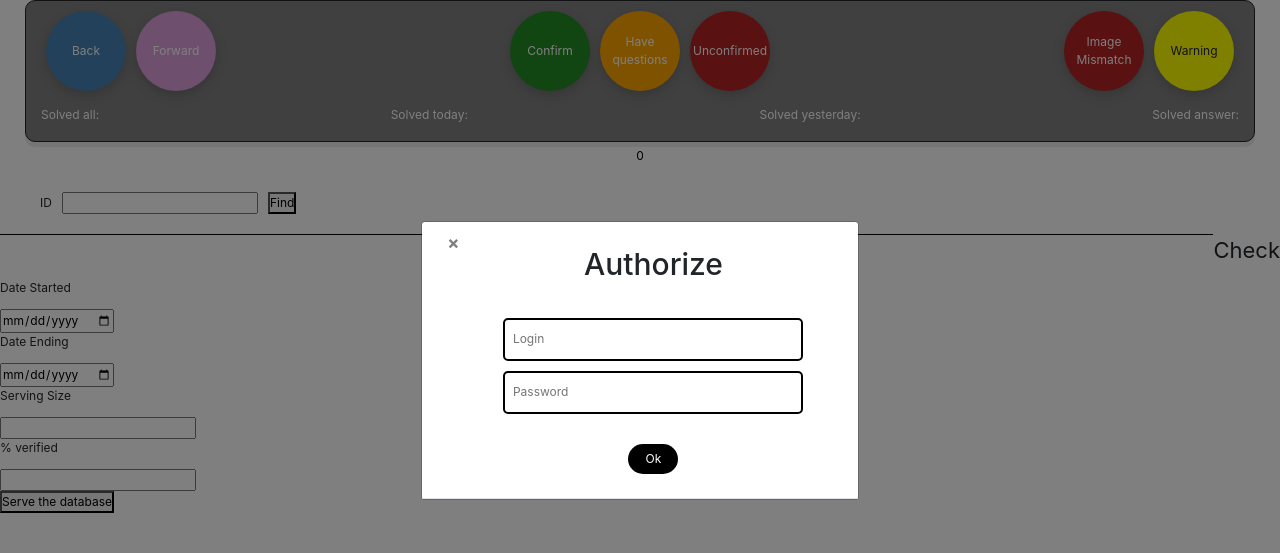
Repository: dmitryglitch/Product-Comparison
Page: /
These files come from the project's save history. The page is drawn as it stood at one moment and after the next save; the edit follows.
The browser window is 1280 px wide. The pictures show the whole page.
The page's requests for data from a server got no answer. The project was rebuilt for these pictures with package versions that can differ from the ones it lists, and the page was loaded fresh each time. No one was signed in, and anything a server would have sent is missing. Also part of the build but not shown: src/containers/App.css, src/components/Product/ProductOptions.jsx, src/components/Product/ProductImages.jsx, src/components/Product/ProductSpec.jsx, src/components/Product/Product.jsx.

Above is the page before, as saved 2020-02-17 20:43:37.

### src/index.js
import React from 'react';
import ReactDOM from 'react-dom';
import './index.css';
import App from './containers/App';
import * as serviceWorker from './serviceWorker';
import 'bootstrap/dist/css/bootstrap.min.css';
import $ from 'jquery';
import Popper from 'popper.js';
import 'bootstrap/dist/js/bootstrap.bundle.min';

import {createStore, applyMiddleware} from 'redux'
import {composeWithDevTools} from 'redux-devtools-extension';
import thunk from 'redux-thunk'

import reducer from './reducers'
import {Provider} from 'react-redux'

const store = createStore(reducer, composeWithDevTools(applyMiddleware(thunk)));

const rootElement = document.getElementById('root');
ReactDOM.render(
    <Provider store={store}>
        <App/>
    </Provider>,
    rootElement
);

// If you want your app to work offline and load faster, you can change
// unregister() to register() below. Note this comes with some pitfalls.
// Learn more about service workers: https://bit.ly/CRA-PWA
serviceWorker.unregister();

### src/index.css
html {
  height: 100vh;
  width: 100vw;
  font-size: 12px;
}

*,
body {
  margin: 0;
  padding: 0;
  font-family: -apple-system, BlinkMacSystemFont, "Segoe UI", "Roboto", "Oxygen",
    "Ubuntu", "Cantarell", "Fira Sans", "Droid Sans", "Helvetica Neue",
    sans-serif;
  -webkit-font-smoothing: antialiased;
  -moz-osx-font-smoothing: grayscale;
}

.root {
  display: grid;
  width: 100%;
}

code {
  font-family: source-code-pro, Menlo, Monaco, Consolas, "Courier New",
    monospace;
}

.product-container {
  width: 100%;
  height: 100%;
  display: flex;
  justify-content: center;
  flex-direction: row;
}

.product-container-item {
  width: 50%;
  padding: 20px;
  margin: 25px;

  box-shadow: 0 5px 0 #ebebeb;
  display: flex;
  align-items: center;
  flex-direction: column;

  border: 1px solid;
  border-radius: 10px;
}

.product-container-item-name {
  width: 95%;
  height: fit-content;
  padding: 10px;

  display: flex;
  justify-content: center;
  align-items: center;
  text-align: center;
  flex-direction: column;
  box-shadow: 0 5px 0 #ebebeb;

  background-color: linen;
  border-radius: 10px;
}

/* OPTIONS */
.options-container-head {
  display: flex;
  justify-content: space-between;
  text-align: center;

  margin: 10px;
}

.options-container-head h4 {
  width: 50%;
}

.options-container {
  width: 95%;
  padding: 10px;

  display: flex;
  flex-direction: column;

  margin-top: 25px;
  background-color: aliceblue;
  border-radius: 10px;
  box-shadow: 0 5px 0 #ebebeb;
}

.options-item {
  display: flex;
  margin: 15px;
}

.options-item-name {
  width: 50%;
}

.options-item-value {
  width: 50%;
}

.options-name {
  font-weight: bold;
}

/* SPECS */
.specs-container-head {
  display: flex;
  justify-content: space-between;
  text-align: center;

  padding: 10px;
}

.specs-container-head h4 {
  width: 50%;
}

.specs-container {
  width: 95%;
  padding: 10px;

  display: flex;
  flex-direction: column;
  margin-top: 25px;

  box-shadow: 0 5px 0 #ebebeb;
  border-radius: 10px;
  background-color: lavenderblush;
}

.specs-item {
  display: flex;
  margin: 15px;
}

.specs-item-name {
  width: 50%;
}

.specs-item-value {
  width: 50%;
}

.specs-name {
  font-weight: bold;
}

.specs-notation {
  cursor: pointer;
  margin: 5px;
  text-align: center;
}

.product-container-item-name p {
  font-size: 12px;
}

.image-gallery.image-gallery-using-mouse {
  width: 100%;
}

.image-gallery-slide-wrapper.bottom {
  width: 400px;
  height: fit-content;
}

.image-gallery-content.bottom {
  position: relative;
  line-height: 0;
  top: 0;
  display: flex;
  flex-direction: column;
  align-items: center;
}

.image-gallery-thumbnails-container {
  display: flex;
  flex-wrap: wrap;
}

.image-gallery-thumbnail {
  width: 70px !important;
  height: 70px;
}

.line {
  width: 100%;
  height: 1px;
  background-color: black;
}

.image-gallery-container {
  margin: 25px;
}

.image-gallery.image-gallery-using-mouse {
  display: flex;
  justify-content: center;
  align-items: center;
}

.image-gallery-content.bottom.fullscreen {
  width: 50%;
}

.image-gallery-slide-wrapper.bottom {
  width: 100%;
}

/*BUTTON-BAR*/
.button-bar-content {
  display: flex;
  flex-direction: column;
  justify-content: space-between;
  padding: 5px 15px 5px 15px;
  margin: 0 25px 5px 25px;
  border: 1px solid;
  border-radius: 10px;
  background-color: gray;
  box-shadow: 0 5px 0 #ebebeb;
}

.button-bar-content-top {
  display: flex;
  justify-content: space-between;
}

.button-bar-content-center-bt {
  display: flex;
}

.button-bar-content-center button {
  margin: 5px;
}

.button-bar-info-content {
  text-align: center;
  color: black;
}

.button-bar-content-left button {
  width: 80px;
  height: 80px;
  margin: 5px;
  border-radius: 100px;
  cursor: pointer;
  box-shadow: 0px 4px 12px rgba(0, 0, 0, 0.17);
  border: 0;
  color: #fff;
}

.btn-back {
  background-color: steelblue;
}

.btn-forward {
  background-color: plum;
}

.btn-confirm {
  width: 80px;
  height: 80px;
  border-radius: 100px;
  background-color: forestgreen;
  cursor: pointer;
  box-shadow: 0px 4px 12px rgba(0, 0, 0, 0.17);
  border: 0;
  color: #fff;
}

.btn-questions {
  width: 80px;
  height: 80px;
  border-radius: 100px;
  background-color: orange;
  cursor: pointer;
  box-shadow: 0px 4px 12px rgba(0, 0, 0, 0.17);
  border: 0;
  color: #fff;
}

.btn-unconfirmed {
  width: 80px;
  height: 80px;
  border-radius: 100px;
  background-color: firebrick;
  cursor: pointer;
  box-shadow: 0px 4px 12px rgba(0, 0, 0, 0.17);
  border: 0;
  color: #fff;
}

.btn-warning {
  width: 80px;
  height: 80px;
  border-radius: 100px;
  background-color: yellow !important;
  cursor: pointer;
  box-shadow: 0px 4px 12px rgba(0, 0, 0, 0.17);
  border: 0;
  color: #000;
}

.btn-mismatch {
  width: 80px;
  height: 80px;
  border-radius: 100px;
  background-color: firebrick;
  cursor: pointer;
  box-shadow: 0px 4px 12px rgba(0, 0, 0, 0.17);
  border: 0;
  color: #fff;
}

.button-modal-auth {
  display: none;
}

.button-bar-content-right {
  display: flex;
}

.button-bar-content-right button {
  margin: 5px;
}

/*.button-bar-contaner {*/
/*    width: 100%;*/
/*    position: absolute;*/
/*    bottom: 0;*/
/*}*/

.logout {
  display: flex;
  justify-content: flex-end;
  align-items: center;
  padding: 10px;
}

.modal-body.modal-auth-body {
  text-align: center;
  justify-content: center;
  align-items: center;
  flex-direction: column;
  height: fit-content;
  width: 100%;
}

.auth-button {
  width: 50px;
}

.modal-body-input-form {
  display: flex;
  flex-direction: column;
  padding: 30px;
}

.modal-body-input-form input {
  width: 300px;
}

.modal-body-input-login {
  margin-bottom: 10px;
  border: 2px double;
  border-radius: 5px;
  padding: 10.5px 8px;
}

.modal-body-input-password {
  border: 2px double;
  border-radius: 5px;
  padding: 10.5px 8px;
}

.modal-auth {
  display: flex !important;
  width: 100%;
  height: 100%;
  justify-content: center;
  align-items: center;
}

.modal-auth-dialog {
  width: 500px;
}

.logout-user-name {
  margin-right: 10px;
}

.modal-header .close {
  padding: 5px;
  width: 40px;
  height: 40px;
}

.modal-body-input-form {
  display: flex;
  flex-direction: column;
  padding: 30px;
}

.modal-body-button-form button {
  width: 50px;
  background-color: #000;
  border: 0 solid transparent;
  cursor: pointer !important;
  color: #fff;
  border-radius: 100px;
  outline: none;
  height: 30px;
}

/*STATISTIC*/
.statistic-container {
  display: flex;
  justify-content: space-between;
  align-items: center;
  margin-top: 10px;
  color: #fff;
}

/* SEARCH */
.search-content {
  padding: 5px 15px 5px 15px;
  margin: 0 25px 5px 25px;
}

.search-content input {
  margin: 10px;
}

/* REVIEW */
.review-container {
  display: flex;
  flex-direction: column;
}

.review-content-head {
  display: flex;
  font-size: 22px;
  justify-content: center;
}

/* INPUTS */

### src/reducers/index.js
import { combineReducers } from 'redux';
import product from './product';
import user from './user'

export default combineReducers({
    product,
    user
})

### src/components/ButtonBar/ButtonBar.jsx
import React from 'react'


const ButtonBar = ({
                       idCurrentCoupleProduct,
                       sendAnswerCoupleProduct,
                       getBackCoupleProducts,
                       getForwardCoupleProducts,
                       dateCoupleProducts,
                       answerUser,
                       statistics
                   }) => {

    const handleClick = (answer) => {
        sendAnswerCoupleProduct(idCurrentCoupleProduct, answer);
    };

    const handleClickOnBackButton = () => {
        getBackCoupleProducts(dateCoupleProducts)
    };

    const handleClickOnForwardButton = () => {
        getForwardCoupleProducts(dateCoupleProducts)
    };

    return (
        <>
            <div className="button-bar-content">
                <div className="button-bar-content-top">
                    <div className="button-bar-content-left">
                        <button className="btn-back" onClick={handleClickOnBackButton}>Back</button>
                        <button className="btn-forward" onClick={handleClickOnForwardButton}>Forward</button>
                    </div>
                    <div className="button-bar-content-center">
                        <div className="button-bar-content-center-bt">
                            <button className="btn-confirm" onClick={() => handleClick('confirm')}>Confirm</button>
                            <button className="btn-questions" onClick={() => handleClick('questions')}>Have questions
                            </button>
                            <button className="btn-unconfirmed" onClick={() => handleClick('unconfirmed')}>Unconfirmed
                            </button>
                        </div>
                    </div>
                    <div className="button-bar-content-right">
                        <button className="btn-mismatch" onClick={() => handleClick('unconfirmed_image')}>Image
                            Mismatch
                        </button>
                        <button className="btn-warning" onClick={() => handleClick('warning')}>Warning</button>
                    </div>
                </div>
                <div className="button-bar-content-down">
                    <div className="statistic-container">
                        <p>Solved all: {statistics.all}</p>
                        <p>Solved today: {statistics.today}</p>
                        <p>Solved yesterday: {statistics.yesterday}</p>
                        <p>Solved answer: {answerUser}</p>

                    </div>
                </div>
            </div>
            <div className="button-bar-info">
                <div className="button-bar-info-content">
                    <p>{idCurrentCoupleProduct}</p>
                </div>
            </div>
        </>
    )
};

export default ButtonBar;

### src/components/ModalAuth/ModalAuth.js
import React from "react";

class ModalAuth extends React.Component {
    state = {
        login: "",
        password: ""
    };

    authUser = () => {
        let {login, password} = this.state;
        this.props.onSendLoginUser(login, password);
    };

    handleChange = e => {
        let classNameInput = e.target.className;
        let valueInput = e.target.value;

        if (classNameInput === "modal-body-input-login") {
            this.setState({login: valueInput});
        } else {
            this.setState({password: valueInput});
        }
    };

    render() {
        return (
            <div
                className="modal fade modal-auth"
                id="modal-auth"
                tabIndex="-1"
                role="dialog"
                aria-labelledby="exampleModalLabel"
                aria-hidden="true"
                data-backdrop="static"
                data-keyboard="false"
            >
                <div className="modal-dialog modal-auth-dialog" role="document">
                    <div className="modal-content">
                        <div className="modal-header">
                            <button
                                type="button"
                                className="close"
                                data-dismiss="modal"
                                aria-label="Close"
                            >
                <span className="span-aria-hidden" aria-hidden="true">
                  &times;
                </span>
                            </button>
                            <div className="modal-body modal-auth-body">
                                <div className="modal-body-header">
                                    <h1>Authorize</h1>
                                </div>
                                <div className="modal-body-input-form">
                                    <input
                                        onChange={this.handleChange}
                                        className="modal-body-input-login"
                                        placeholder="Login"
                                        type="text"
                                    />
                                    <input
                                        onChange={this.handleChange}
                                        className="modal-body-input-password"
                                        placeholder="Password"
                                        type="password"
                                    />
                                </div>
                                <div className="modal-body-button-form">
                                    <button className="auth-button" onClick={this.authUser}>
                                        Ok
                                    </button>
                                </div>
                            </div>
                        </div>
                    </div>
                </div>
            </div>
        );
    }
}

export default ModalAuth;

### src/components/Search/Search.jsx
import React, {Component} from 'react';

class Search extends Component {
    state = {
        id: ''
    };

    handleClick = () => {
        this.props.searchCoupleProducts(this.state.id)
    };

    render() {
        return (
            <>
                <div className="search-content">
                    <span>ID</span>
                    <input onChange={(e) => { this.setState({id: e.target.value}) }} type="text"/>
                    <button onClick={this.handleClick}>Find</button>
                </div>
            </>
        )
    }

}

export default Search;

### src/components/Review/Review.js
import React, { Component } from "react";
import Inputs from "./Inputs";

class Review extends Component {
  render() {
    return (
      <>
        <div className="review-content-head">
          <div className="line"></div>
          <p>Check</p>
        </div>
        <div className="review-content">
          <div className="review-content-left">
            <Inputs />
            <button>Serve the database</button>
          </div>
          <div className="review-content-right"></div>
        </div>
      </>
    );
  }
}

export default Review;

### src/actions/user.js
export const sendUserLogin = (userName, password) => dispatch => {
    dispatch({type: 'SEND_LOGIN_USER_STARTED'});

    let data = new FormData();
    data.append('userName', userName);
    data.append('password', password);

    fetch(
        'http://match-dev.protarget.pro/backend/isLogined.php', {
            method: "POST",
            credentials: 'same-origin',
            headers: {Accept: "application/json"},
            body: data,
        })
        .then(res => res.json())
        .then(json => {
            console.log(json);
            if (json.result === 'ok') {
                dispatch({type: 'SEND_LOGIN_USER_SUCCESS', payload: json.userName});
                window.location.reload();
            } else {
                // console.log(json.errtext);
                alert(json.errtext)
            }
        })
        .catch(error => dispatch({type: 'SEND_LOGIN_USER_ERROR', payload: error}));
};

export const logOut = (userName, password) => dispatch => {
    dispatch({type: 'LOGOUT_USER_STARTED'});

    let data = new FormData();
    data.append('userName', userName);
    data.append('password', password);

    fetch(
        'http://match-dev.protarget.pro/backend/logOut.php', {
            method: "POST",
            credentials: 'same-origin',
            headers: {Accept: "application/json"},
            body: data,
        })
        .then(res => res.json())
        .then(json => {
            console.log(json);
            if (json.result === 'ok') {
                dispatch({type: 'LOGOUT_USER_SUCCESS', payload: json.userName});
                window.location.reload();
            } else {
                // console.log(json.errtext);
                alert(json.errtext)
            }
        })
        .catch(error => dispatch({type: 'LOGOUT_USER_ERROR', payload: error}));
};

### src/actions/buttonbar.js
import { getCoupleProducts } from "./product";

export const sendAnswerCoupleProduct = (id, answer) => dispatch => {
  dispatch({ type: "SEND_ANSWER_STARTED" });
  console.log("ID", id);
  console.log("ANSWER", answer);

  let data = new FormData();
  data.append("id", id);
  data.append("answer", answer);

  fetch("http://match-dev.protarget.pro/backend/setUserAnswer.php", {
    method: "POST",
    credentials: "same-origin",
    headers: { Accept: "application/json" },
    body: data
  })
    .then(res => res.json())
    .then(json => {
      dispatch({ type: "SEND_ANSWER_SUCCESS", payload: data });
      console.log(json);

      if (json.check === true) {
        dispatch(getCoupleProducts());
      }
    })
    .catch(error => {
      dispatch({ type: "SEND_ANSWER_ERROR", payload: error });
      alert(error);
    });
};

### src/reducers/product.js
const initialState = {
    isFetching: false,
    isError: null,
    id: 0,
    date: null,
    answerUser: null,
    statistics: {},
    id_answer: 0,
    result: null,
    massProducts: null
};

const product = (state = initialState, action) => {
    switch (action.type) {
        case 'GET_COUPLE_PRODUCTS_SUCCESS':
            return {
                ...state,
                isFetching: false,
                isError: null,
                isLogin: true,
                id: action.payload.id,
                date: action.payload.date,
                answerUser: action.payload.answerUser,
                statistics: action.payload.statistics,
                id_answer: action.payload.id_answer,
                result: action.payload.result,
                massProducts: action.payload.massProducts
            };

        case 'GET_BACK_COUPLE_PRODUCTS_SUCCESS':
            return {
                ...state,
                isFetching: false,
                isError: null,
                isLogin: true,
                id: action.payload.id,
                date: action.payload.date,
                answerUser: action.payload.answerUser,
                statistics: action.payload.statistics,
                id_answer: action.payload.id_answer,
                result: action.payload.result,
                massProducts: action.payload.massProducts
            };

        case 'GET_FORWARD_COUPLE_PRODUCTS_SUCCESS':
            return {
                ...state,
                isFetching: false,
                isError: null,
                isLogin: true,
                id: action.payload.id,
                date: action.payload.date,
                answerUser: action.payload.answerUser,
                statistics: action.payload.statistics,
                id_answer: action.payload.id_answer,
                result: action.payload.result,
                massProducts: action.payload.massProducts
            };

        case 'SEARCH_COUPLE_PRODUCTS_SUCCESS':
            return {
                ...state,
                isFetching: false,
                isError: null,
                isLogin: true,
                id: action.payload.id,
                date: action.payload.date,
                answerUser: action.payload.answerUser,
                statistics: action.payload.statistics,
                id_answer: action.payload.id_answer,
                result: action.payload.result,
                massProducts: action.payload.massProducts
            };

        case 'GET_COUPLE_PRODUCTS_STATED':
        case 'GET_BACK_COUPLE_PRODUCTS_STATED':
        case 'GET_FORWARD_COUPLE_PRODUCTS_STATED':
        case 'SEARCH_COUPLE_PRODUCTS_STATED':
            return {
                ...state,
                isFetching: true,
                isError: null
            };

        case 'GET_COUPLE_PRODUCTS_LOGIN_ERROR':
        case 'GET_BACK_COUPLE_PRODUCTS_LOGIN_ERROR':
        case 'GET_FORWARD_COUPLE_PRODUCTS_LOGIN_ERROR':
        case 'SEARCH_PRODUCTS_LOGIN_ERROR':
            return {
                ...state,
                isFetching: true,
                isError: null,
                isLogin: false
            };

        case 'GET_COUPLE_PRODUCTS_ERROR':
        case 'GET_BACK_COUPLE_PRODUCTS_ERROR':
        case 'GET_FORWARD_COUPLE_PRODUCTS_ERROR':
        case 'SEARCH_COUPLE_PRODUCTS_ERROR':
            return {
                ...state,
                isFetching: false,
                isError: action.payload
            };

        default:
            return state;
    }
};

export default product

### src/reducers/user.js
const initialState = {
    userName: '',
    isLogin: false,
    isFetching: true,
    isError: null
};

const user = (state = initialState, action) => {
    switch (action.type) {
        case 'SEND_LOGIN_USER_SUCCESS':
            return {
                ...state,
                userName: action.payload,
                isFetching: false,
                isError: null,
                isLogin: true,
            };

        case 'LOGOUT_USER_SUCCESS':
            return {
                ...state,
                userName: '',
                isFetching: false,
                isError: null,
                isLogin: false,
            };

        case 'SEND_LOGIN_USER_STARTED':
        case 'LOGOUT_USER_STARTED':
            return {
                ...state,
                isFetching: true,
                isError: null
            };

        case 'SEND_LOGIN_USER_ERROR':
        case 'LOGOUT_USER_ERROR':
            return {
                ...state,
                isFetching: false,
                isError: action.payload
            };


        default:
            return state;
    }

};

export default user

### src/components/Review/Inputs.jsx
import React from "react";

const Inputs = () => {
  return (
    <>
      <div className="review-inputs-container">
        <div className="input-started">
            <p>Date Started</p>
            <input type="date"/>
        </div>
        <div className="input-ending">
            <p>Date Ending</p>
            <input type="date"/>
        </div>
        <div className="input-serving-size">
            <p>Serving Size</p>
            <input type="text"/>
        </div>
        <div className="input-percent">
            <p>% verified</p>
            <input type="text"/>
        </div>
      </div>
    </>
  );
};

export default Inputs;

Loaded but not shown: public/index.html (common file); src/serviceWorker.js (common file); src/actions/product.js (158 lines, source omitted); src/containers/App.js (127 lines, source omitted)

After the next save:
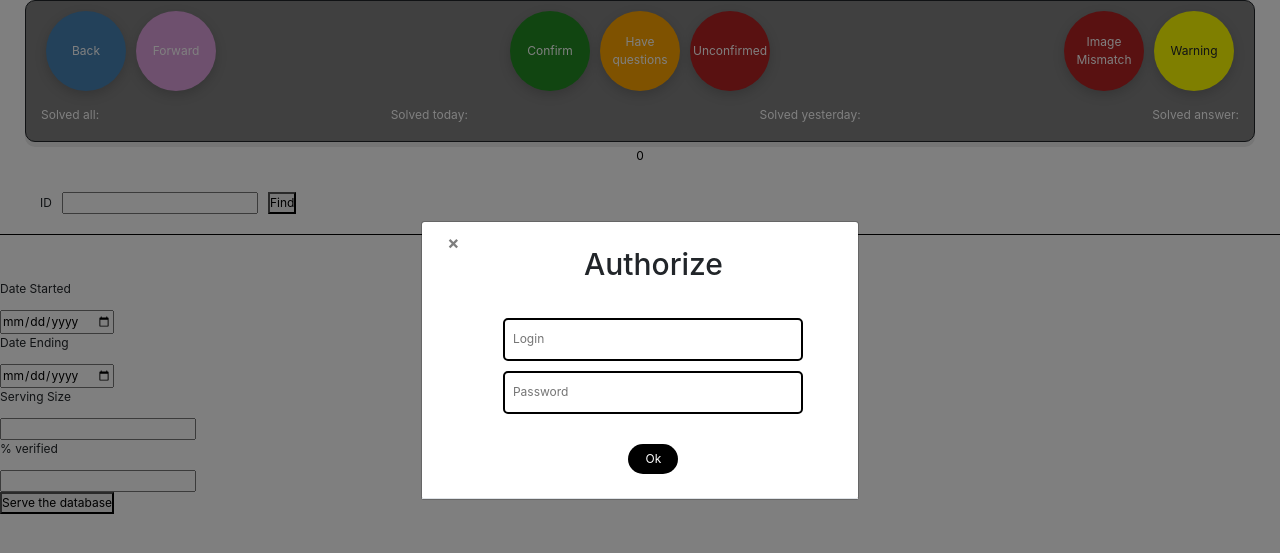
Saved 31 s later.
--- a/src/index.css
+++ b/src/index.css
@@ -442,9 +442,10 @@ code {
 }
 
 .review-content-head {
-  display: flex;
-  font-size: 22px;
-  justify-content: center;
+    display: flex;
+    font-size: 22px;
+    flex-direction: column;
+    align-items: center;
 }
 
 /* INPUTS */
